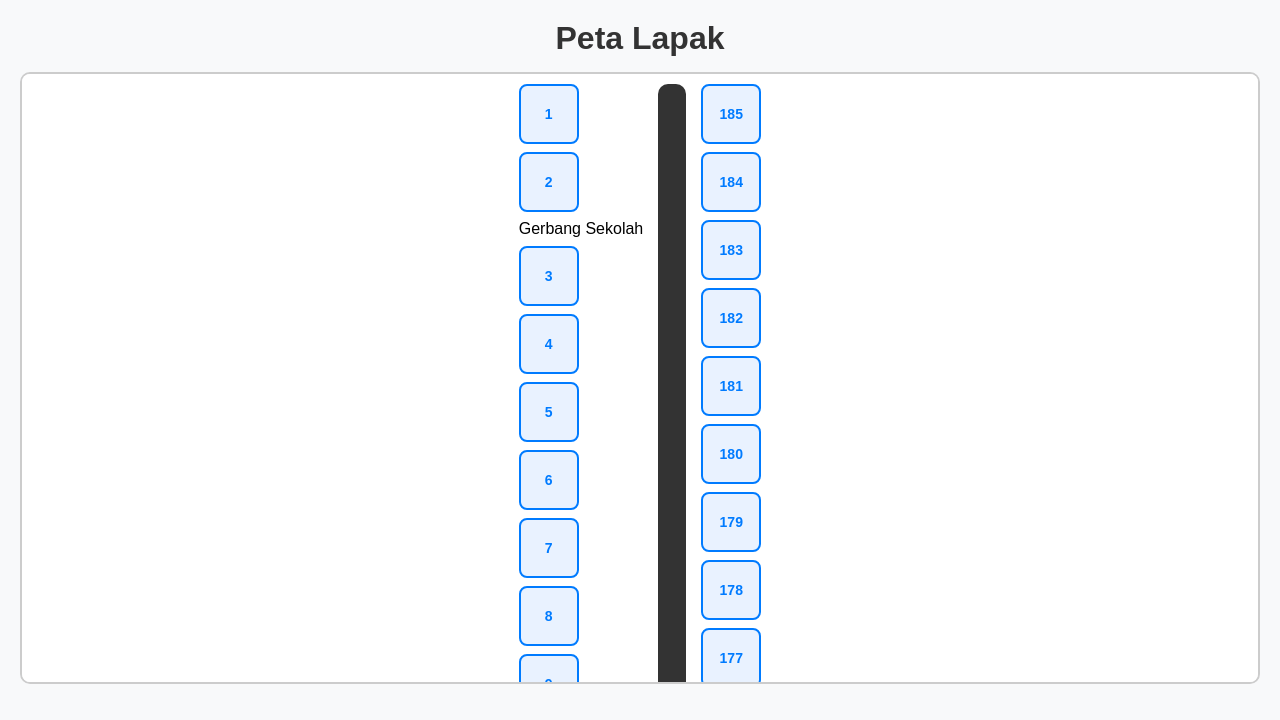
Repository: pasarrakyatbak/denah
Page: index.html
These files come from the project's save history. The page is drawn as it stood at one moment and after the next save; the edit follows.
The browser window is 1280 px wide. The pictures show the whole page.
An inner scrolling area shows only its first screen.

Above is the page before, as saved 2025-09-19 07:56:40.

### index.html
<!DOCTYPE html>
<html lang="id">

<head>
    <meta charset="UTF-8">
    <meta name="viewport" content="width=device-width, initial-scale=1.0">
    <title>Peta Lapak</title>
    <link rel="stylesheet" href="style.css">
</head>

<body>
    <h1>Peta Lapak</h1>

    <div class="scroll-container">
        <div class="road-layout">
            <!-- Sisi Kiri -->
            <div class="side left" id="left-side"></div>

            <!-- Jalan Tengah -->
            <div class="road">JALAN</div>

            <!-- Sisi Kanan -->
            <div class="side right" id="right-side"></div>
        </div>
    </div>

    <script src="script.js"></script>
</body>

</html>

### style.css
/* Reset dasar */
* {
    margin: 0;
    padding: 0;
    box-sizing: border-box;
    font-family: Arial, sans-serif;
}

body {
    background: #f8f9fa;
    padding: 20px;
    text-align: center;
}

h1 {
    margin-bottom: 15px;
    color: #333;
}

/* Kontainer scroll vertikal */
.scroll-container {
    max-height: 85vh;
    overflow-y: auto;
    border: 2px solid #ccc;
    border-radius: 10px;
    background: #fff;
}

/* Layout jalan */
.road-layout {
    display: flex;
    flex-direction: row;
    justify-content: center;
    padding: 10px;
    gap: 15px;
}

/* Kolom sisi */
.side {
    display: flex;
    flex-direction: column;
    gap: 8px;
}

/* Jalan tengah */
.road {
    writing-mode: vertical-rl;
    text-orientation: mixed;
    font-weight: bold;
    background: #333;
    color: #fff;
    padding: 10px 5px;
    border-radius: 10px;
}

/* Kotak lapak */
.lapak {
    width: 60px;
    height: 60px;
    display: flex;
    align-items: center;
    justify-content: center;
    border: 2px solid #007bff;
    border-radius: 8px;
    background: #e9f2ff;
    font-size: 14px;
    font-weight: bold;
    color: #007bff;
}

/* Responsif tablet */
@media (max-width: 1024px) {
    .lapak {
        width: 50px;
        height: 50px;
        font-size: 12px;
    }
}

/* Responsif HP */
@media (max-width: 600px) {
    .road-layout {
        gap: 8px;
    }

    .lapak {
        width: 40px;
        height: 40px;
        font-size: 11px;
    }
}

### script.js
// Nomor lapak sisi kiri
const leftNumbers = [
    1, 2, 3, 4, 5, 6, 7, 8, 9, 10, 11,
    15, 16, 17, 18, 19, 20, 21, 22, 23, 24, 25, 26, 27, 28, 29, 30,
    31, 32, 33, 34, 35, 36, 37, 38, 39, 40, 41, 42, 43, 44, 45, 46, 47, 48, 49, 50,
    51, 52, 53, 54, 55, 56, 57, 58, 59, 60, 61, 62, 63, 64, 65, 66, 67, 68, 69, 70,
    71, 72, 73, 74, 75, 76, 77, 78, 79, 80, 81, 82, 83, 84, 85, 86, 87, 88, 89, 90,
    91, 92, 93, 94, 95, 96, 97, 98, 99, 100, 101, 102, 103, 104,
    186, 187, 188, 189, 190, 191, 192, 193
];
const leftSide = document.getElementById("left-side");

// Nomor lapak sisi kanan (tetap sama daftarnya)
const rightNumbers = [
    194, 195, 196, 197, 198, 199, 200, 201, 202, 203, 204, 205, 206, 207, 208, 209, 210, 211, 212, 213,
    105, 106, 107, 108, 109, 110, 111, 112, 113, 114, 115, 116, 117, 118, 119, 120, 121, 122, 123, 124,
    125, 126, 127, 128, 129, 130, 131, 132, 133, 134, 135, 136, 137, 138,
    214, 215, 216,
    139, 140, 141, 142, 143, 144, 145, 146, 147, 148, 149, 150, 151, 152, 153, 154, 155, 156, 157, 158, 159, 160,
    161, 162, 163, 164, 165, 166, 167, 168, 169, 170, 171, 172, 173, 174, 175, 176, 177, 178, 179, 180,
    181, 182, 183, 184, 185
];
leftNumbers.forEach(num => {
    // Setelah lapak 2, sisipkan tanda gerbang
    if (num === 2) {
        const lapak = document.createElement("div");
        lapak.className = "lapak";
        lapak.textContent = num;
        leftSide.appendChild(lapak);

        const jalanGerbang = document.createElement("div");
        jalanGerbang.className = "jalan-gerbang";
        jalanGerbang.textContent = "Gerbang Sekolah";
        leftSide.appendChild(jalanGerbang);
        return;
    }

    const div = document.createElement("div");
    div.className = "lapak";
    div.textContent = num;
    leftSide.appendChild(div);
});

// Render sisi kanan dengan urutan dibalik
const rightSide = document.getElementById("right-side");
rightNumbers.slice().reverse().forEach(num => {
    const div = document.createElement("div");
    div.className = "lapak";
    div.textContent = num;
    rightSide.appendChild(div);
});

After the next save:
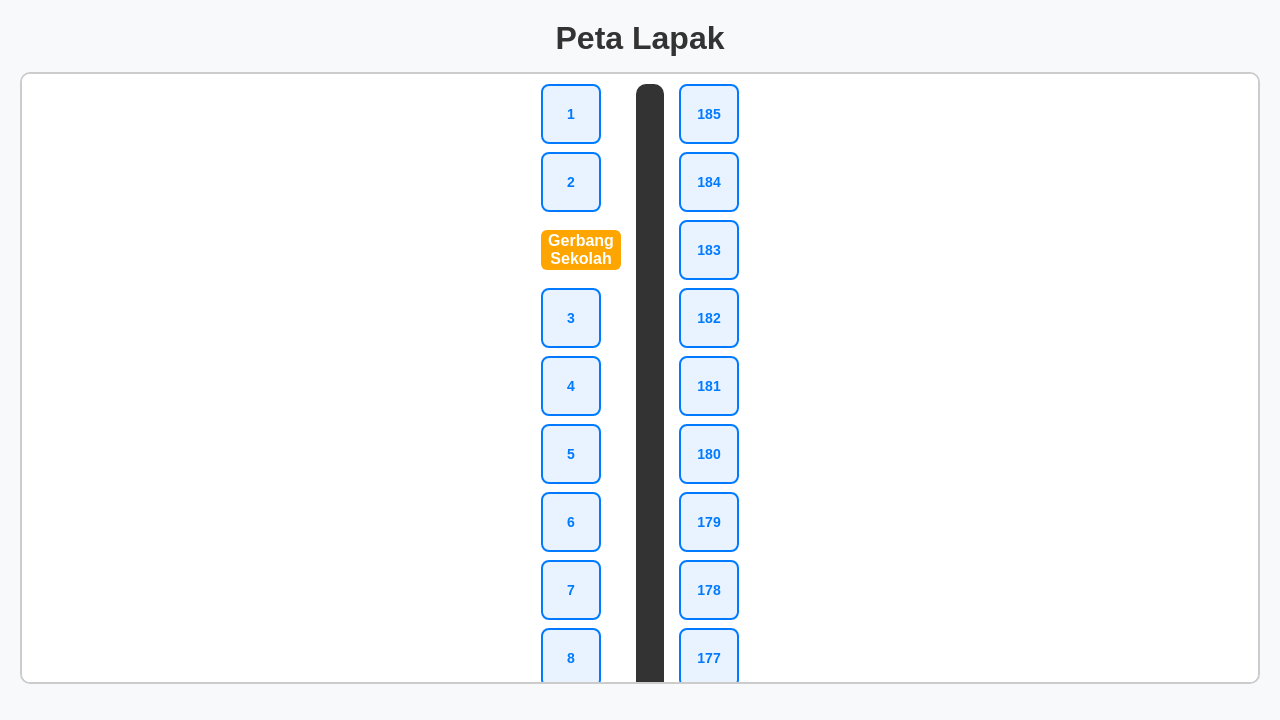
Saved 9 s later.
--- a/style.css
+++ b/style.css
@@ -68,6 +68,21 @@ h1 {
     color: #007bff;
 }
 
+.jalan-gerbang {
+    width: 80px;
+    height: 40px;
+    background: orange;
+    color: white;
+    font-weight: bold;
+    display: flex;
+    align-items: center;
+    justify-content: center;
+    margin: 10px auto;
+    border-radius: 6px;
+    writing-mode: horizontal-tb;
+    /* tulisan normal */
+}
+
 /* Responsif tablet */
 @media (max-width: 1024px) {
     .lapak {
